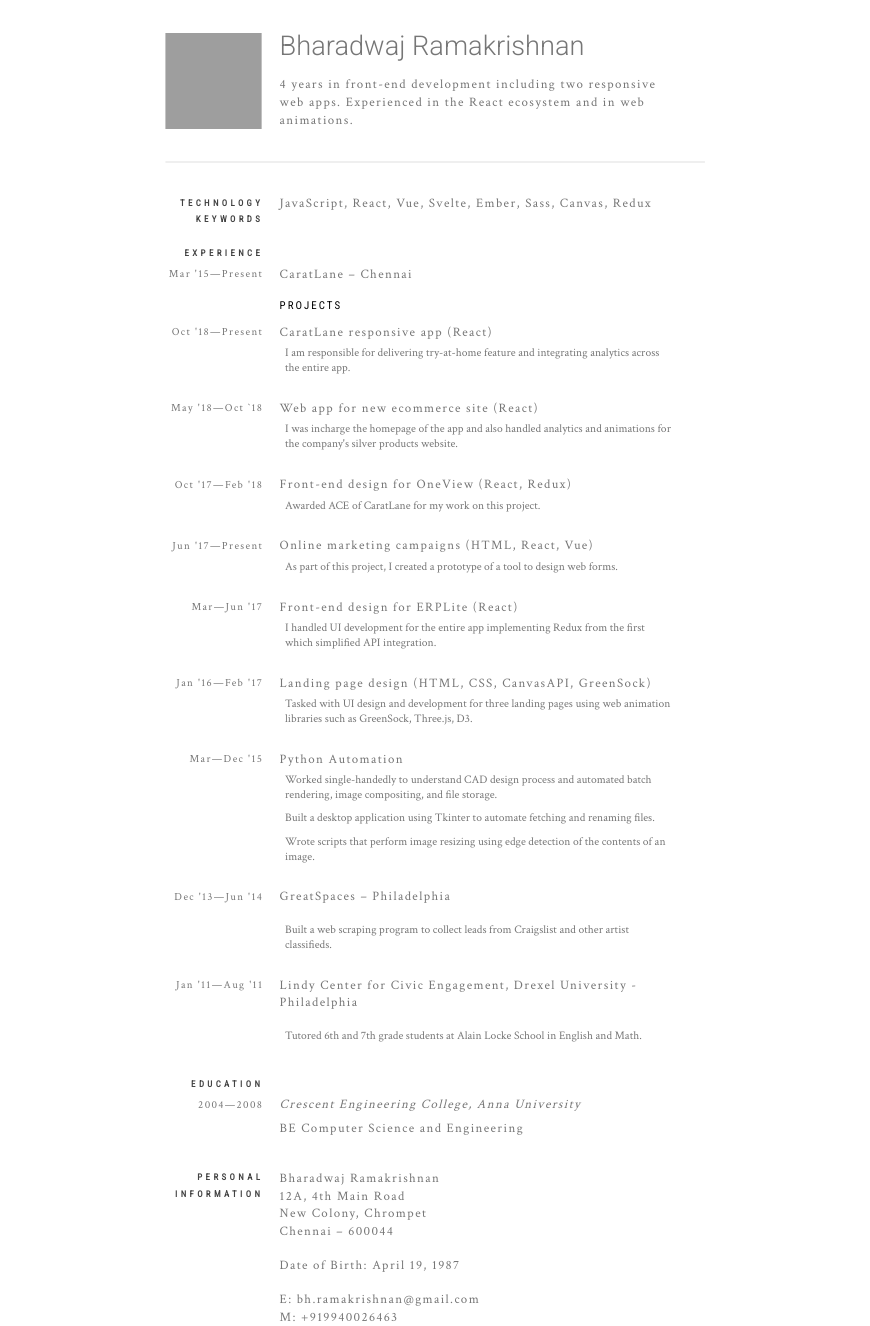
Repository: nosplashurinal/resume
Page: index_photo.html
The author's editor kept a copy of each file at every save. The page is drawn from the files as they stood at one save, then again after the next save.
The browser window is 1280 px wide. The pictures show the whole page, at 68% of full size.
Pictures or frames that could not be fetched are drawn as grey boxes.

Above is the page before, as saved 2019-01-03 01:38:06.

After the next save:
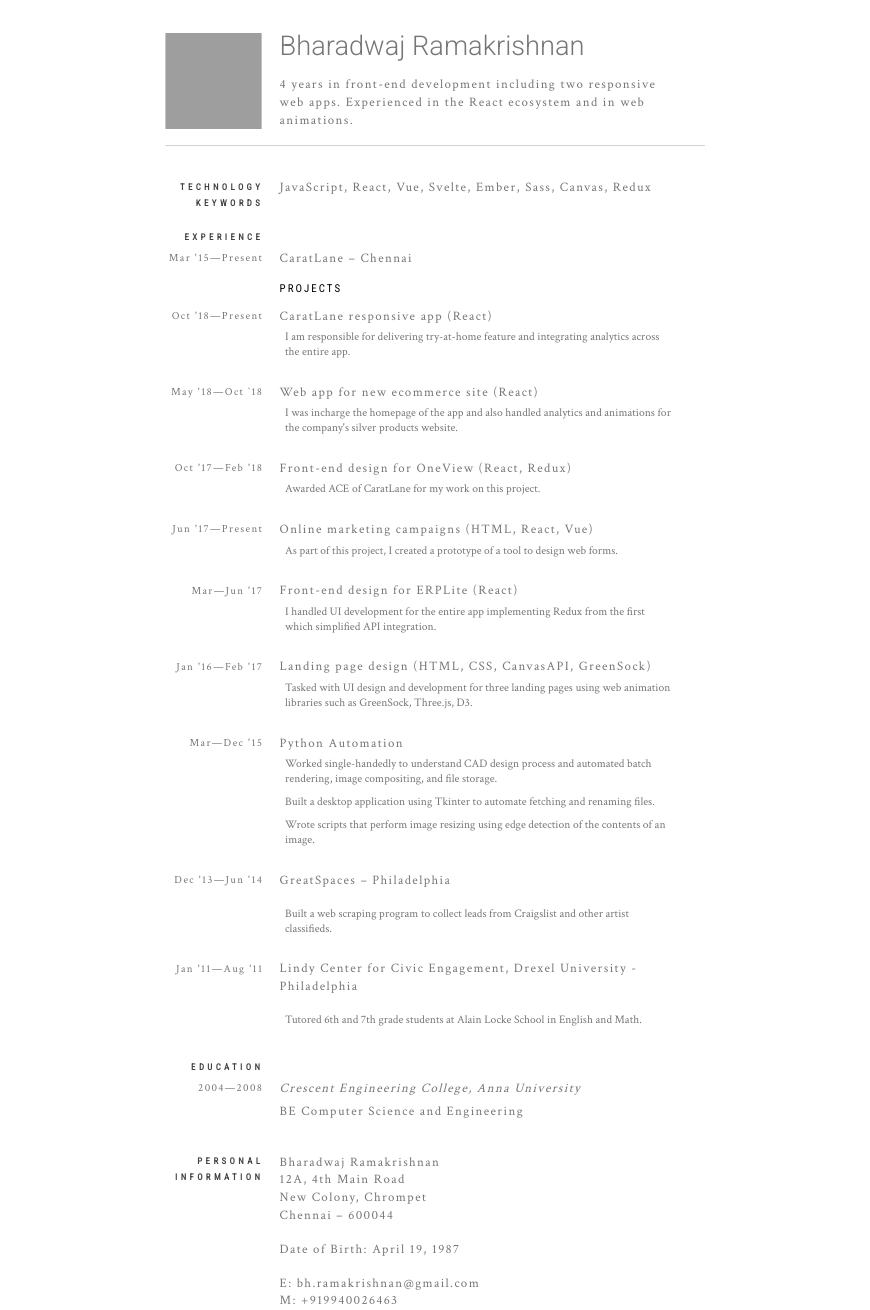
Saved 54 s later.
--- a/dist/style_photo.css
+++ b/dist/style_photo.css
@@ -51,6 +51,9 @@ h1, h3, h4 {
 .body-block {
 	padding: 0 0.5in 0 1.75in;
 	margin-bottom: 0.5in;
+}
+.header.body-block {
+	margin-bottom: 0.25in;
 }
 .gutter-container {
 	position: absolute;
